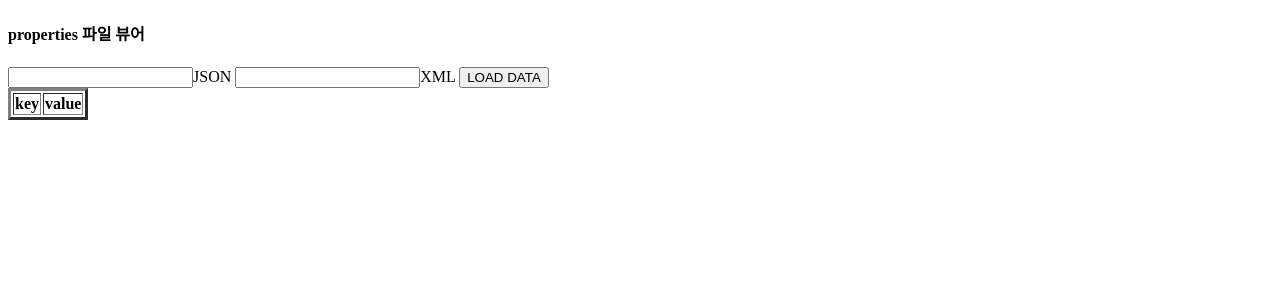
Repository: YOUNARAE/JSP
Page: http://localhost/WebStudy01/03/props/propsView.do
The author's editor kept a copy of each file at every save. The page is drawn from the files as they stood at one save, then again after the next save.
The browser window is 1280 px wide. The pictures show the whole page.
The page is served by Tomcat 9. Other server files are loaded and not shown.

Above is the page before, as saved 2022-12-09 06:39:11.

### WebStudy01/src/main/webapp/WEB-INF/views/03/propsView.jsp
<%@ page language="java" contentType="text/html; charset=UTF-8" pageEncoding="UTF-8"%>
<!DOCTYPE html>
<html>
<head>
<meta charset="UTF-8">
<title>Insert title here</title>
<script type="text/javascript" src="<%=request.getContextPath() %>/resources/jquery-3.6.1.min.js"></script>
</head>
<body>
<h4>properties  파일 뷰어</h4>
<!-- <img src="../../resources/images/cat1.jpg" /> -->

<label>
	<input tye="radio" name="dataType" />JSON
</label>
<label>
	<input tye="radio" name="dataType" />XML
</label>
<button type="button" class="loadData">LOAD DATA</button>
<table border="3px">
	<thead>
		<tr>
			<th>key</th>
			<th>value</th>
		</tr>
	</thead>
	<tbody id="listBody" >

	</tbody>
</table>
<script type="text/javascript">
	let listBody = $("#listBody");
	let btn = $(".loadData").on("click",function(){
		$.ajax({
			dataType : "json",
			success : function(resp) { //3,4의 작업이 끝나서 들어오는 게 resp->원형은 properties 형태였다는 의미다.
				let trTags = [];
				$.each(resp,function(name, value){
					let tr = $("<tr>").append(
						$("<td>").html(name),
						$("<td>").html(value)
					);
					trTags.push(tr);
				})

				listBody.empty();
				listBody.append(trTags);
			},
			error : function(jqXHR, status, error) {
				console.log(jqXHR);
				console.log(status);
				console.log(error);
			}
		});
	})
</script>
</body>
</html>

### WebStudy01/src/main/java/kr/or/ddit/servlet04/PropertiesControllerServlet.java
package kr.or.ddit.servlet04;

import java.io.BufferedWriter;
import java.io.File;
import java.io.FileWriter;
import java.io.IOException;
import java.io.InputStream;
import java.io.PrintWriter;
import java.util.Enumeration;
import java.util.LinkedHashMap;
import java.util.Map;
import java.util.Properties;

import javax.servlet.ServletException;
import javax.servlet.annotation.WebServlet;
import javax.servlet.http.HttpServlet;
import javax.servlet.http.HttpServletRequest;
import javax.servlet.http.HttpServletResponse;

import com.fasterxml.jackson.databind.ObjectMapper;
import com.fasterxml.jackson.dataformat.xml.XmlMapper;

import kr.or.ddit.servlet01.DescriptionServlet;
import kr.or.ddit.servlet04.service.PropertiesService;
import kr.or.ddit.servlet04.service.PropertiesServiceImpl;

@WebServlet("/03/props/propsView.do")
public class PropertiesControllerServlet extends HttpServlet{
	private PropertiesService service = new PropertiesServiceImpl();

	@Override
	protected void doGet(HttpServletRequest req, HttpServletResponse resp) throws ServletException, IOException {
		String accept = req.getHeader("Accept"); // */*

		Object target = service.retrieveData(); //모델확보
		req.setAttribute("target", target); //모델 공유

		String path = null;

		if(accept.startsWith("*/*")||accept.toLowerCase().contains("html")) {
			path = "/WEB-INF/views/03/propsView.jsp"; //모델 선택
		} else if(accept.toLowerCase().contains("json")) {
			path = "/jsonView.do";
		} else if(accept.toLowerCase().contains("xml")){
			path = "/xmlView.do";
		}
		req.getRequestDispatcher(path).forward(req, resp); //4.모델이동

	}
}

### WebStudy01/src/main/java/kr/or/ddit/servlet04/service/PropertiesServiceImpl.java
package kr.or.ddit.servlet04.service;

import java.io.InputStream;
import java.util.Locale;
import java.util.Properties;
import java.util.ResourceBundle;

import kr.or.ddit.servlet01.DescriptionServlet;

public class PropertiesServiceImpl implements PropertiesService {

	@Override
	public Properties retrieveData() {
		Properties properties = new Properties();
		try(
			InputStream is  = DescriptionServlet.class.getResourceAsStream("/kr/or/ddit/props/DataStore.properties");
		){
			properties.load(is);
		}catch(Exception e) {
			throw new RuntimeException(e);//주의할 점,e를 안 넣으면 완전히 다른 예외가 되어버린다
		}
		return properties;
	}

	public void resourceBundle() {
		String baseName = "kr.or.ddit.props.Message";
		ResourceBundle bundle = ResourceBundle.getBundle(baseName, Locale.ENGLISH);
	}

}

Loaded but not shown: WebStudy01/src/main/webapp/resources/jquery-3.6.1.min.js (library)

After the next save:
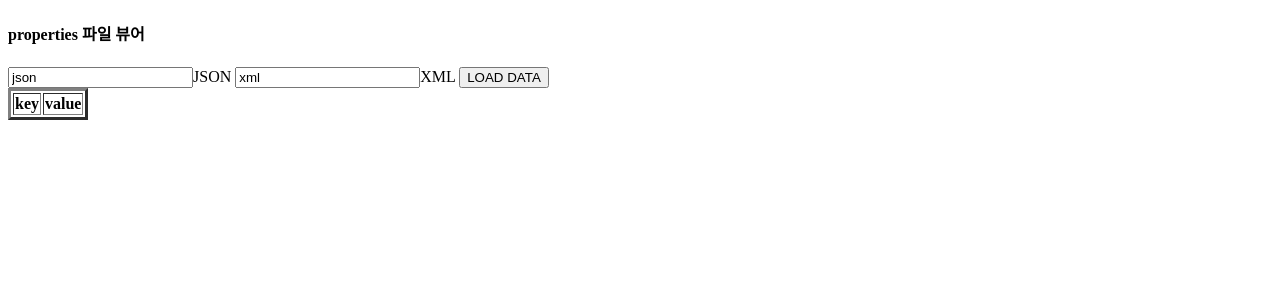
Saved 25 s later.
--- a/WebStudy01/src/main/webapp/WEB-INF/views/03/propsView.jsp
+++ b/WebStudy01/src/main/webapp/WEB-INF/views/03/propsView.jsp
@@ -11,10 +11,10 @@
 <!-- <img src="../../resources/images/cat1.jpg" /> -->
 
 <label>
-	<input tye="radio" name="dataType" />JSON
+	<input tye="radio" name="dataType" value="json"/>JSON
 </label>
 <label>
-	<input tye="radio" name="dataType" />XML
+	<input tye="radio" name="dataType" value="xml"/>XML
 </label>
 <button type="button" class="loadData">LOAD DATA</button>
 <table border="3px">
